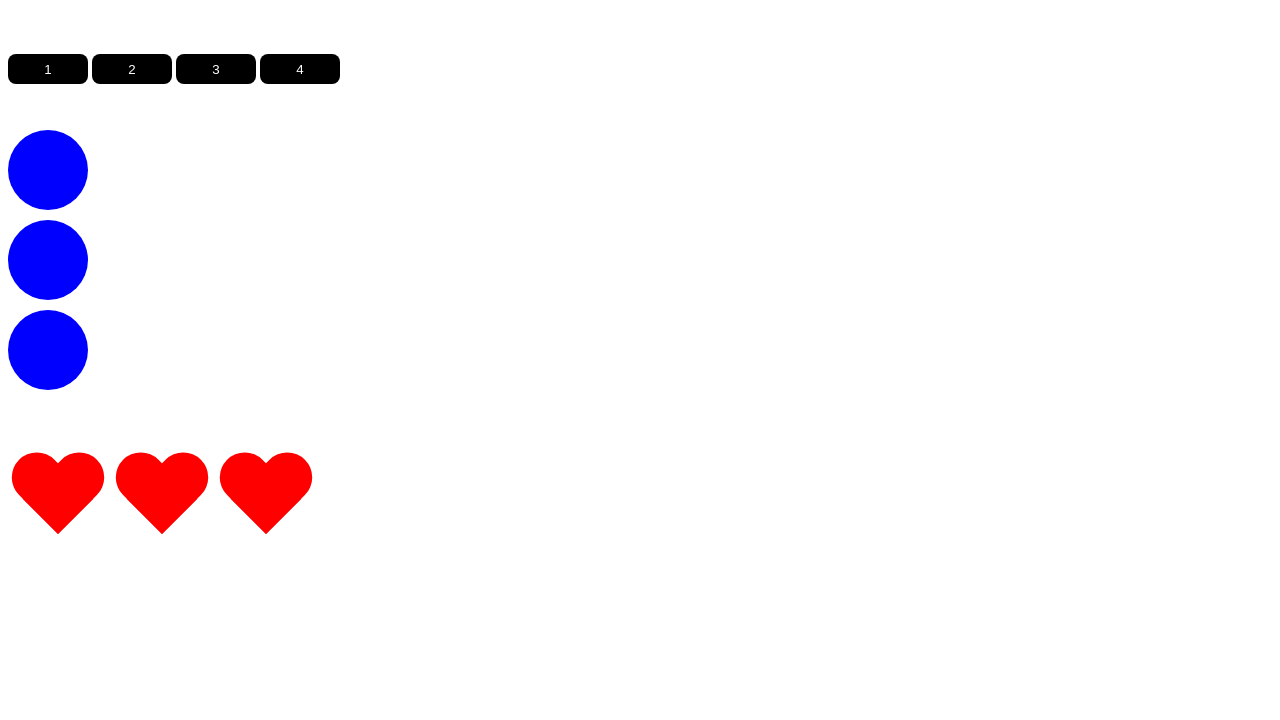
Repository: ivan151/jsudemy
Page: index.html
The author's editor kept a copy of each file at every save. The page is drawn from the files as they stood at one save, then again after the next save.
The browser window is 1280 px wide. The pictures show the whole page.

Above is the page before, as saved 2020-05-02 09:48:42.

After the next save:
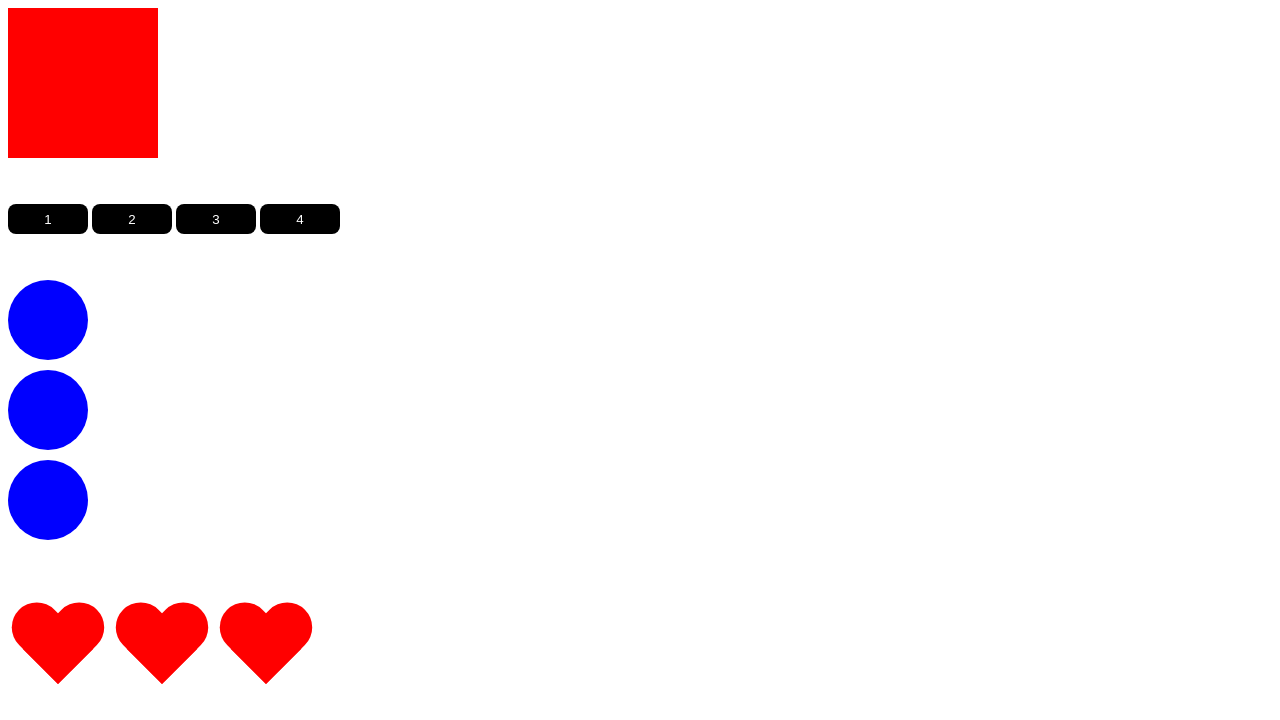
Saved 19 s later.
--- a/index.html
+++ b/index.html
@@ -7,7 +7,7 @@
     <link rel="stylesheet" href="original.css">
 </head>
 <body>
-    <div class="div" class = 'box'></div>
+    <div class = 'box'></div>
     <br><br>
     <button>1</button>
     <button>2</button>

After the 2 saves that followed:
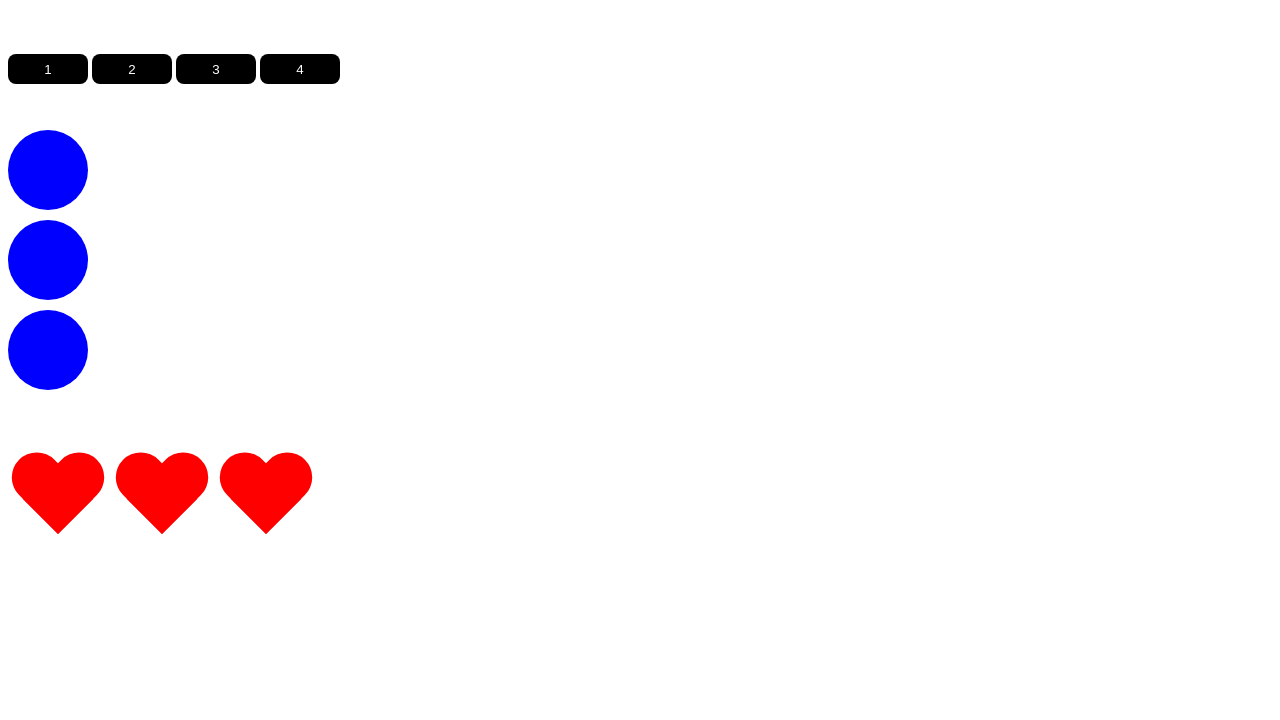
Console error: TypeError: Cannot read properties of null (reading 'style')
The 2 saves are shown as one change because 1 left the picture as it was.
The last was saved 3 min 46 s later.
--- a/original.css
+++ b/original.css
@@ -1,8 +1,8 @@
-.box {
+/*.box {
   width: 150px;
   height: 150px;
   background-color: red;
-}
+}*/
 button {
 	width: 80px;
 	height: 30px;
--- a/script.js
+++ b/script.js
@@ -4,6 +4,7 @@ let box = document.getElementById('box'), // by id
     heart = document.querySelectorAll('.heart'), //all elements
     oneHeart = document.querySelector('.heart'); //first element
 
+box.style.backgroundColor = 'green';
 
 console.log(box);
 console.log(btn);
